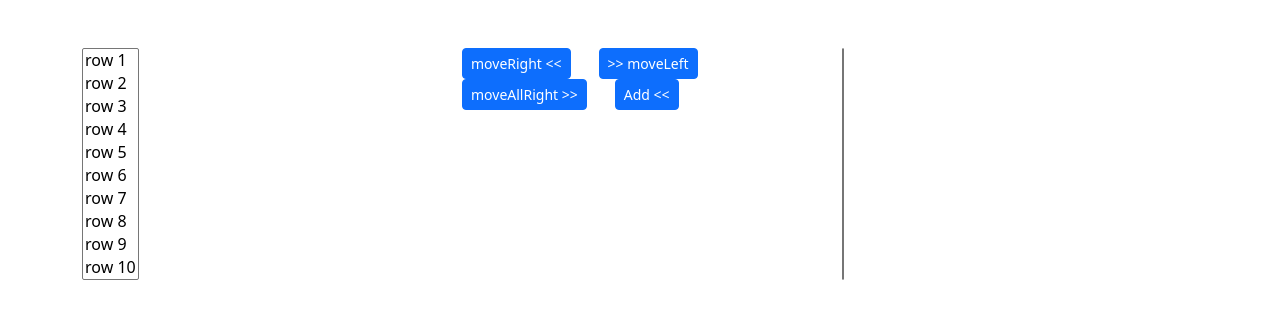
Repository: ishanbassi/iotasol-assignments
Page: /iotasol/work-10
These files come from the project's save history. The page is drawn as it stood at one moment and after the next save; the edit follows.
The browser window is 1280 px wide. The pictures show the whole page.
The project was rebuilt for these pictures with package versions that can differ from the ones it lists, and the page was loaded fresh each time. The framework's server and built-in components were replaced by stand-ins that run in the browser.

Above is the page before, as saved 2022-11-11 16:39:41.

After the next save:
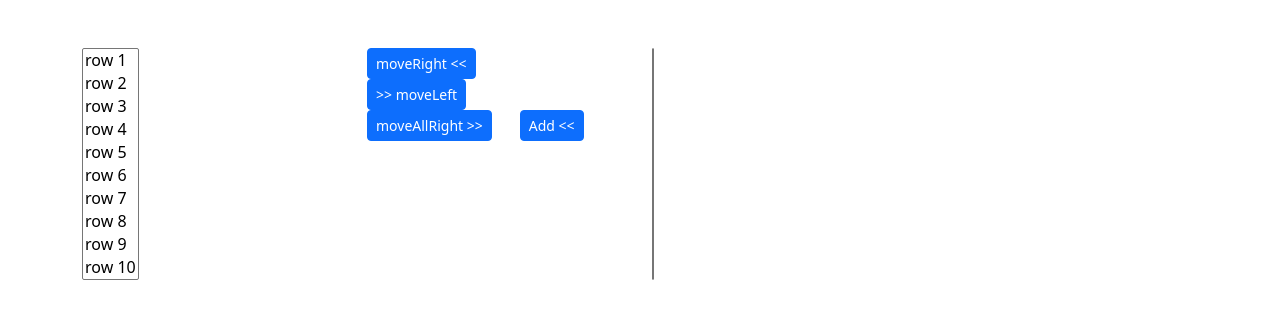
Saved 14 min 53 s later.
--- a/pages/iotasol/work-10.tsx
+++ b/pages/iotasol/work-10.tsx
@@ -20,7 +20,7 @@ export default function App() {
     return (
         <Container>
             <Row className="mt-5">
-                <Col >
+                <Col md="3">
 
                     <select name="select1" id="select1" multiple size={10}>
                         {
@@ -30,13 +30,13 @@ export default function App() {
                         }
                     </select>
                 </Col>
-                <Col>
+                <Col md="3">
                         <Button size="sm" onClick={moveRight}>moveRight &lt;&lt;</Button>
                         <Button size="sm" onClick={moveLeft}>&gt;&gt; moveLeft</Button>
                         <Button size="sm" onClick={moveAllRight}>moveAllRight &gt;&gt;</Button>
                         <Button size="sm" onClick={moveAllLeft}>Add &lt;&lt;</Button>
                 </Col>
-                <Col>
+                <Col md="3">
 
                     <select name="select2" id="select2" multiple size={10}>
                         {
